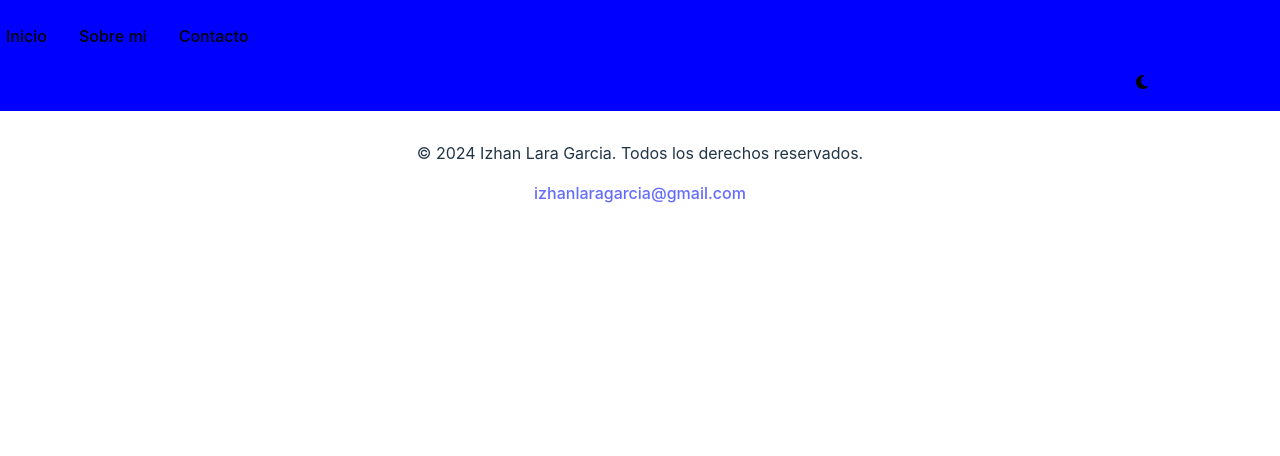
Repository: izhanlaraagarcia/izhanlaraagarcia.github.io
Page: / (app in vite-project/)
The author's editor kept a copy of each file at every save. The page is drawn from the files as they stood at one save, then again after the next save.
The browser window is 1280 px wide. The pictures show the whole page.
The project was rebuilt for these pictures with package versions that can differ from the ones it lists, and the page was loaded fresh each time. Also part of the build but not shown: vite-project/vite.config.js, vite-project/src/Home/Styles/estilos.css, vite-project/src/Componentes-Generales/styles/banner.css, vite-project/src/pages/About/about.jsx, vite-project/src/pages/Contact/contact.jsx.

Above is the page before, as saved 2024-07-10 13:54:54.

After the next save:
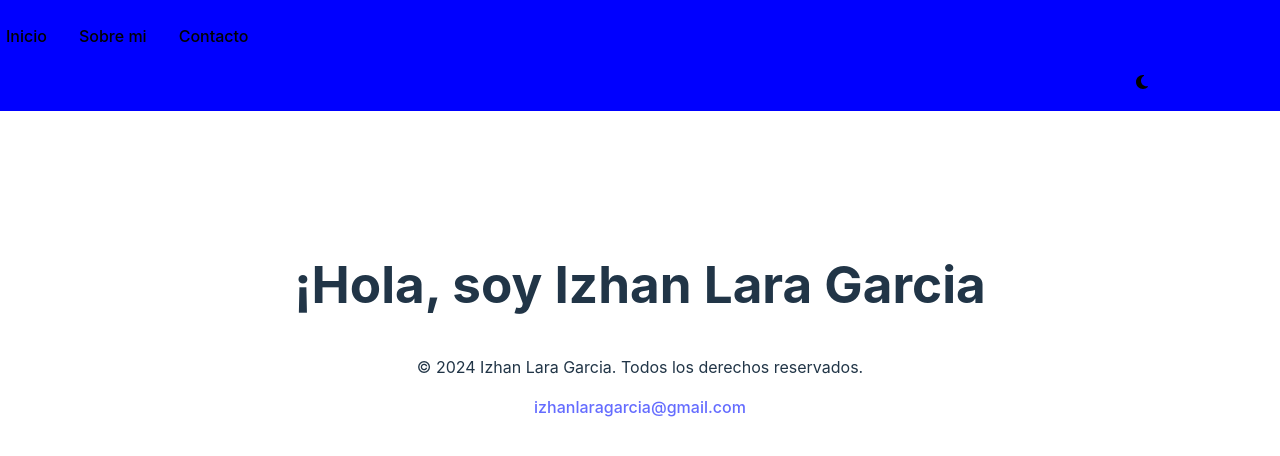
Saved 11 s later.
--- a/vite-project/src/index.css
+++ b/vite-project/src/index.css
@@ -23,7 +23,7 @@ a:hover {
 }
 
 body {
-  margin-top: 20px;
+  margin-top: 20%;
   text-align: center;
 }
 
